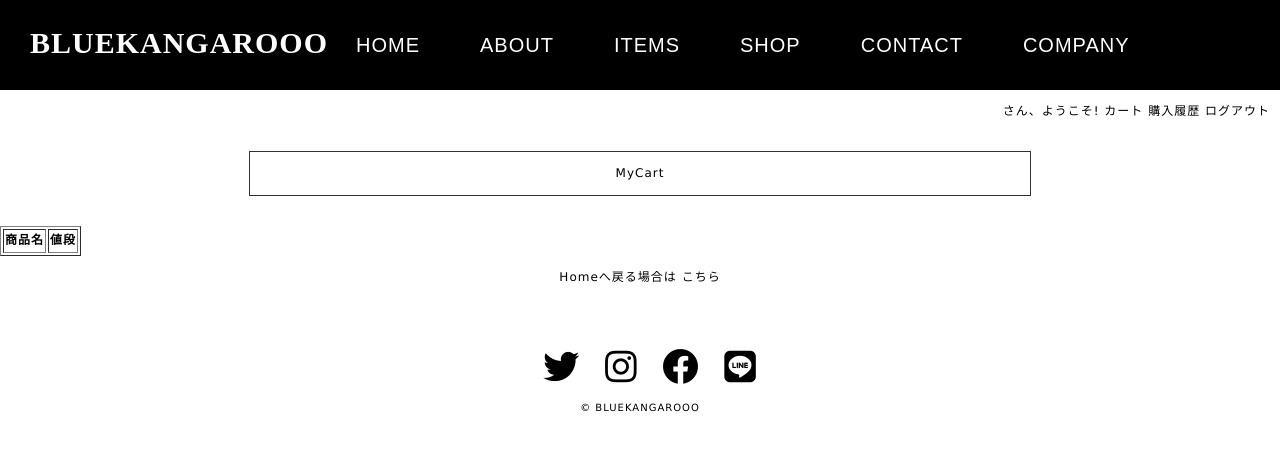
Repository: xiezom/test
Page: http://localhost/ecsite/MyCartAction.action
An editor plug-in stored every save of this project. The page is shown before and after the next save, followed by the edit.
The browser window is 1280 px wide. The pictures show the whole page.
Some web libraries are served in a nearby version. The page is served by Tomcat 9.

Above is the page before, as saved 2019-04-01 02:02:01.

After the next save:
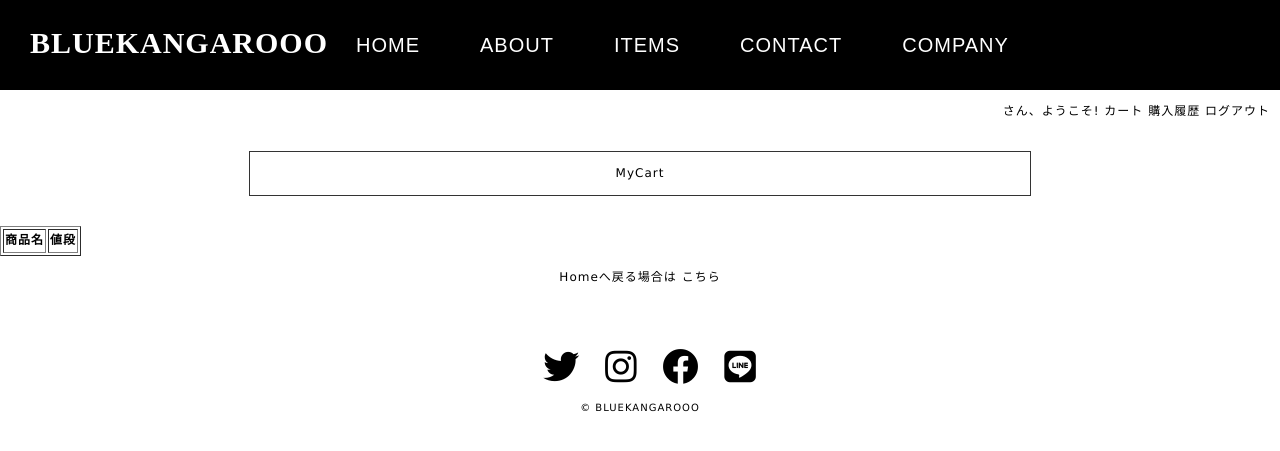
Saved 39 s later.
--- a/ecsite/WebContent/myCart.jsp
+++ b/ecsite/WebContent/myCart.jsp
@@ -23,12 +23,11 @@
 	<div class="header">
 		<h1 class="logo">BLUEKANGAROOO</h1>
 		<ul>
-            <li>HOME</li>
-            <li>ABOUT</li>
-            <li>ITEMS</li>
-            <li>SHOP</li>
-            <li>CONTACT</li>
-            <li>COMPANY</li>
+            <li><a href='<s:url action="GoHomeAction"/>'>HOME</a></li>
+            <li><a href='<s:url action="AboutAction"/>'>ABOUT</a></li>
+            <li><a href='<s:url action="HomeAction"/>'>ITEMS</a></li>
+            <li><a href='<s:url action="ContactAction"/>'>CONTACT</a></li>
+            <li><a href='<s:url action="GoCompanyAction"/>'>COMPANY</a></li>
         </ul>
 
 	</div>
